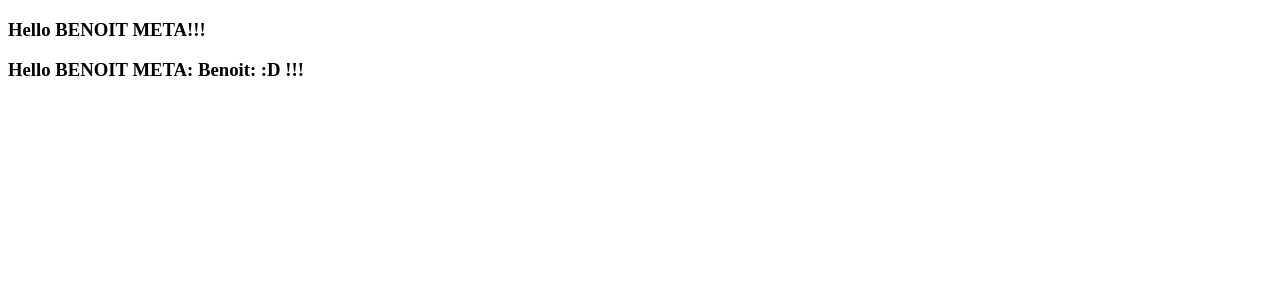
Repository: gmonte/benoit-first-react-app
Page: /
An editor plug-in stored every save of this project. The page is shown before and after the next save, followed by the edit.
The browser window is 1280 px wide. The pictures show the whole page.
The project was rebuilt for these pictures with package versions that can differ from the ones it lists, and the page was loaded fresh each time.

Above is the page before, as saved 2019-10-17 11:47:01.

### src/App.js
import React, { useState, useEffect } from 'react';
import HelloWorld from './components/HelloWorld'

function App() {
  const [name, setName] = useState('Benoit')
  const [title, setTitle] = useState('')

  useEffect(() => {
    setTimeout(() => {
      setName('BENOIT META')
    }, 2000)
  }, [])

  useEffect(() => {
    if (name) {
      setTitle(`${ name }: ${ title }`)
    }
    // eslint-disable-next-line react-hooks/exhaustive-deps
  }, [name])

  return (
    <div>
      <HelloWorld name={name} />
      <HelloWorld name={`${ title } :D `} />
    </div>
  );
}

export default App;

### src/components/HelloWorld.js
import React from 'react'

const HelloWorld = (props) => (
  <h3>Hello { props.name || 'world' }!!!</h3>
)

export default HelloWorld

Loaded but not shown: public/index.html (common file); src/index.js (common file)

After the next save:
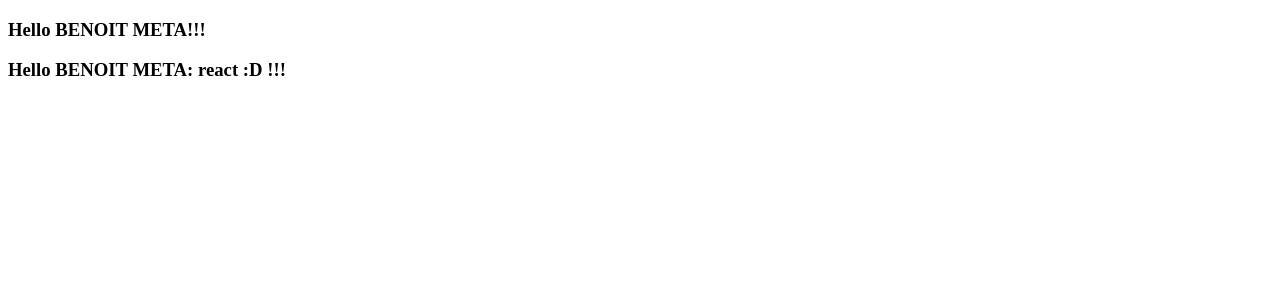
Saved 41 s later.
--- a/src/App.js
+++ b/src/App.js
@@ -13,7 +13,7 @@
 
   useEffect(() => {
     if (name) {
-      setTitle(`${ name }: ${ title }`)
+      setTitle(`${ name }: react`)
     }
     // eslint-disable-next-line react-hooks/exhaustive-deps
   }, [name])
